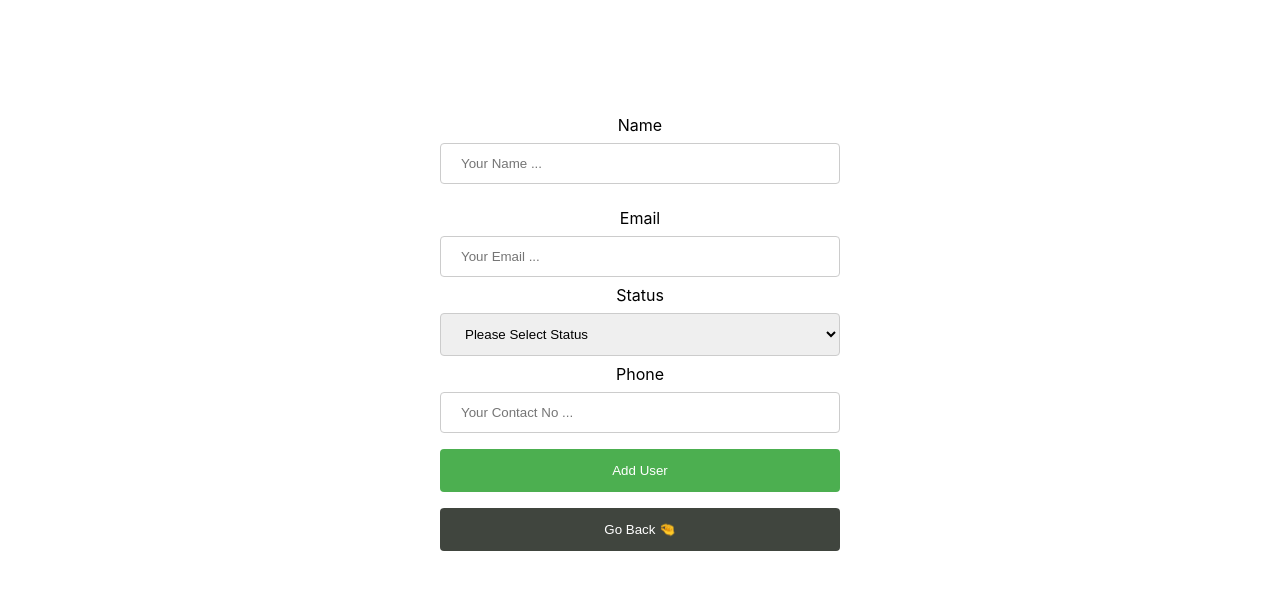
Repository: fdhhhdjd/Redux-Toolkit-CURD-Firebase
Page: /add
These files come from the project's save history. The page is drawn as it stood at one moment and after the next save; the edit follows.
The browser window is 1280 px wide. The pictures show the whole page.
The project was rebuilt for these pictures with package versions that can differ from the ones it lists, and the page was loaded fresh each time. Also part of the build but not shown: src/Styles/Home.css, src/Component/Moments.js, src/Component/Home.js, src/Styles/View.css, src/Component/View.js.

Above is the page before, as saved 2021-10-25 14:03:39.

### src/index.js
import React from "react";
import ReactDOM from "react-dom";
import "./index.css";
import App from "./App";
import store from "./Redux/Store";
import { Provider } from "react-redux";
import * as serviceWorker from "./serviceWorker";
import { ToastContextProvider } from "./ToastContext/ToastContext";

ReactDOM.render(
  <React.StrictMode>
    <Provider store={store}>
      <ToastContextProvider>
        <App />
      </ToastContextProvider>
    </Provider>
  </React.StrictMode>,
  document.getElementById("root")
);

// If you want your app to work offline and load faster, you can change
// unregister() to register() below. Note this comes with some pitfalls.
// Learn more about service workers: https://bit.ly/CRA-PWA
serviceWorker.unregister();

### src/App.js
import React from "react";
import "./App.css";
import { BrowserRouter, Switch, Route } from "react-router-dom";
import { ToastContainer } from "react-toastify";
import "react-toastify/dist/ReactToastify.css";
import { Home, View, AddEdit } from "./import/Index";
function App() {
  return (
    <>
      <BrowserRouter>
        <div className="App">
          <ToastContainer position="top-center" />
          <Switch>
            <Route exact path="/" component={Home} />
            <Route path="/add" component={AddEdit} />
            <Route path="/update/:id" component={AddEdit} />
            <Route path="/view/:id" component={View} />
          </Switch>
        </div>
      </BrowserRouter>
    </>
  );
}

export default App;

### src/Redux/Store.js
import { configureStore, createStore } from "@reduxjs/toolkit";
import logger from "redux-logger";
import thunk from "redux-thunk";
import { composeWithDevTools } from "redux-devtools-extension";
import ContactReducer from "./ContactSlice";
const middleware = [thunk];
if (process.env.NODE_ENV === "development") {
  middleware.push(logger);
}
const store = configureStore({
  reducer: {
    todos: ContactReducer,
    middleware: [logger],
  },
});

export default store;

### src/ToastContext/ToastContext.js
import React, { useState, createContext, useEffect, useRef } from "react";
export const ToastContext = createContext();
export const ToastContextProvider = ({ children }) => {
  const [list, setList] = useState([]);
  let toastProperties = null;
  const showToast = (type) => {
    switch (type) {
      case "success":
        toastProperties = {
          id: list.length + 1,
          title: "Success",
          icon: "fas fa-check-circle",
          description: "Add user Success 😊",
          backgroundColor: "toast--success",
        };
        break;
      case "danger":
        toastProperties = {
          id: list.length + 1,
          title: "Danger",
          description: "Thất bại",
          backgroundColor: "toast--error",
          button: "btn btn--danger",
          json: "fas fa-exclamation-triangle",
        };
        break;
      case "info":
        toastProperties = {
          id: list.length + 1,
          title: "Info",
          description: "Khá thành công",
          backgroundColor: "toast--info",
          json: "fas fa-info",
        };
        break;
      case "warning":
        toastProperties = {
          id: list.length + 1,
          title: "Warning",
          description: "Gần thất bại",
          backgroundColor: "toast--warning",
          json: "fas fa-radiation-alt",
        };
        break;
      default:
        toastProperties = [];
    }
    setList([...list, toastProperties]);
  };
  const data = { list, setList, showToast };

  return <ToastContext.Provider value={data}>{children}</ToastContext.Provider>;
};

### src/import/Index.js
export { default as Home } from "../Component/Home";
export { default as AddEdit } from "../Component/AddEdit";
export { default as View } from "../Component/View";

### src/Redux/ContactSlice.js
import { createSlice, createAsyncThunk } from "@reduxjs/toolkit";
import { v4 as uuidv4 } from "uuid";
import { nanoid } from "nanoid";
const initialState = {
  contacts: [
    {
      id: 1,
      name: "Nguyễn Tiến Tài",
      email: "nguyentientai10@gmai.com",
      phone: "0798805741",
      status: "Active",
    },
    {
      id: 2,
      name: "Nguyễn Hữu Quyền",
      email: "huuquyen2000@gmail.com",
      phone: "09658235656",
      status: "Inactive",
    },
    {
      id: 3,
      name: "Nguyễn Bảo Khang",
      email: "jbaokhangdesigner@gmail.com",
      phone: "0353263452",
      status: "Active",
    },
    {
      id: 4,
      name: "Bùi Huỳnh Quốc Trung	",
      email: "quoctrung@gmail.com",
      phone: "0348561815",
      status: "Inactive",
    },
    {
      id: 5,
      name: "Trần Phi Hoàng",
      email: "phihoang1@gmail.com",
      phone: "0936095986",
      status: "Active",
    },
  ],
  contact: {
    name: "",
    email: "",
    phone: "",
    status: "",
  },
  filter: "All",
};
const TodoSlice = createSlice({
  name: "todos",
  initialState,
  reducers: {
    getContact: (state, action) => {
      state.contact = state.contacts.find((item) => item.id == action.payload);
    },
    addContact: (state, action) => {
      const newData = { ...action.payload, id: uuidv4() };
      state.contacts = [...state.contacts, newData];
    },
    deleteContact: (state, action) => {
      state.contacts = state.contacts.filter(
        (item) => item.id !== action.payload
      );
    },
    updateContact: (state, action) => {
      state.contacts = state.contacts.map((item) =>
        item.id === action.payload.id ? action.payload : item
      );
    },
    setFilter: (state, action) => {
      state.filter = action.payload;
    },
  },
});
const ContactReducer = TodoSlice.reducer;
export const {
  addContact,
  deleteContact,
  getContact,
  updateContact,
  setFilter,
} = TodoSlice.actions;
export const GetTodo = (state) => state.todos;
export default ContactReducer;

### src/Component/AddEdit.js
import React, { useEffect, useState } from "react";
import {
  addContact,
  getContact,
  GetTodo,
  updateContact,
} from "../Redux/ContactSlice";
import "../Styles/AddEdit.css";
import { toast } from "react-toastify";
import { useDispatch, useSelector } from "react-redux";
import { Link, useHistory, useParams } from "react-router-dom";
import { useForm, Controller } from "react-hook-form";
const initialState = {
  name: "",
  email: "",
  phone: "",
  status: "",
};
const AddEdit = () => {
  const [state, setState] = useState(initialState);
  const dispatch = useDispatch();
  const history = useHistory();
  const { id } = useParams();
  const { name, email, phone, status } = state;
  const { contact } = useSelector(GetTodo);
  const {
    register,
    formState: { errors },
    handleSubmit,
    watch,
  } = useForm({
    mode: "all",
  });
  const handleSubmit1 = (e, data) => {
    if (!id) {
      dispatch(addContact(state), toast.success("Add user Success 😊"));
    } else {
      dispatch(updateContact(state), toast.success("Edit user Success 👌 "));
    }
    setTimeout(() => {
      history.push("/");
    }, 500);
    // }
  };
  const handleInputChange = (e) => {
    let { name, value } = e.target;
    setState({ ...state, [name]: value });
  };
  const handleDropdownChange = (e) => {
    const { name, value } = e.target;
    setState({ ...state, [name]: value });
  };
  useEffect(() => {
    dispatch(getContact(id));
    setState({ ...contact });
  }, [id, contact]);
  return (
    <>
      <div style={{ marginTop: "100px" }}>
        <form
          style={{
            margin: "auto",
            padding: "15px",
            maxWidth: "400px",
            alignContent: "center",
          }}
          onSubmit={handleSubmit(handleSubmit1)}
        >
          <label htmlFor="name">Name</label>
          <input
            type="text"
            id="name"
            placeholder="Your Name ..."
            value={name || ""}
            {...register("name", { required: true, maxLength: 20 })}
            name="name"
            onChange={handleInputChange}
          />
          <p style={{ color: "red" }}>
            {errors.name?.type === "required" && "First name is required"}
            {errors?.name?.type === "maxLength" && (
              <p>First name cannot exceed 20 characters</p>
            )}
          </p>
          <label htmlFor="email">Email</label>
          <input
            type="email"
            id="email"
            name="email"
            placeholder="Your Email ..."
            value={email || ""}
            onChange={handleInputChange}
          />
          <label htmlFor="status">Status</label>
          <select
            className="dropdown"
            name="status"
            onChange={handleDropdownChange}
          >
            <option>Please Select Status</option>
            <option value="Active" selected={status === "Active" ? status : ""}>
              Active
            </option>
            <option
              value="Inactive"
              selected={status === "Inactive" ? status : ""}
            >
              Inactive
            </option>
          </select>
          <label htmlFor="phone">Phone</label>
          <input
            type="text"
            id="phone"
            name="phone"
            placeholder="Your Contact No ..."
            value={phone || ""}
            onChange={handleInputChange}
          />
          {id ? (
            <input type="submit" value="Edit User" />
          ) : (
            <input type="submit" value="Add User" />
          )}
          <Link to="/">
            <input type="button" value="Go Back 🤏" />
          </Link>
        </form>
      </div>
    </>
  );
};

export default AddEdit;

### src/Styles/AddEdit.css
input[type="text"],
input[type="email"],
input[type="number"],
select {
  width: 100%;
  padding: 12px 20px;
  margin: 8px 0;
  display: inline-block;
  border: 1px solid #ccc;
  border-radius: 4px;
  box-sizing: border-box;
}

input[type="submit"] {
  width: 100%;
  background-color: #4caf50;
  color: white;
  padding: 14px 20px;
  margin: 8px 0;
  border: none;
  border-radius: 4px;
  cursor: pointer;
}

input[type="button"] {
  width: 100%;
  background-color: #40453e;
  color: white;
  padding: 14px 20px;
  margin: 8px 0;
  border: none;
  border-radius: 4px;
  cursor: pointer;
}

input[type="submit"]:hover {
  background-color: #45a049;
}

.dropdown {
  width: 100%;
}

Loaded but not shown: public/index.html (common file); src/index.css (common file); src/serviceWorker.js (common file); src/App.css (common file)

After the next save:
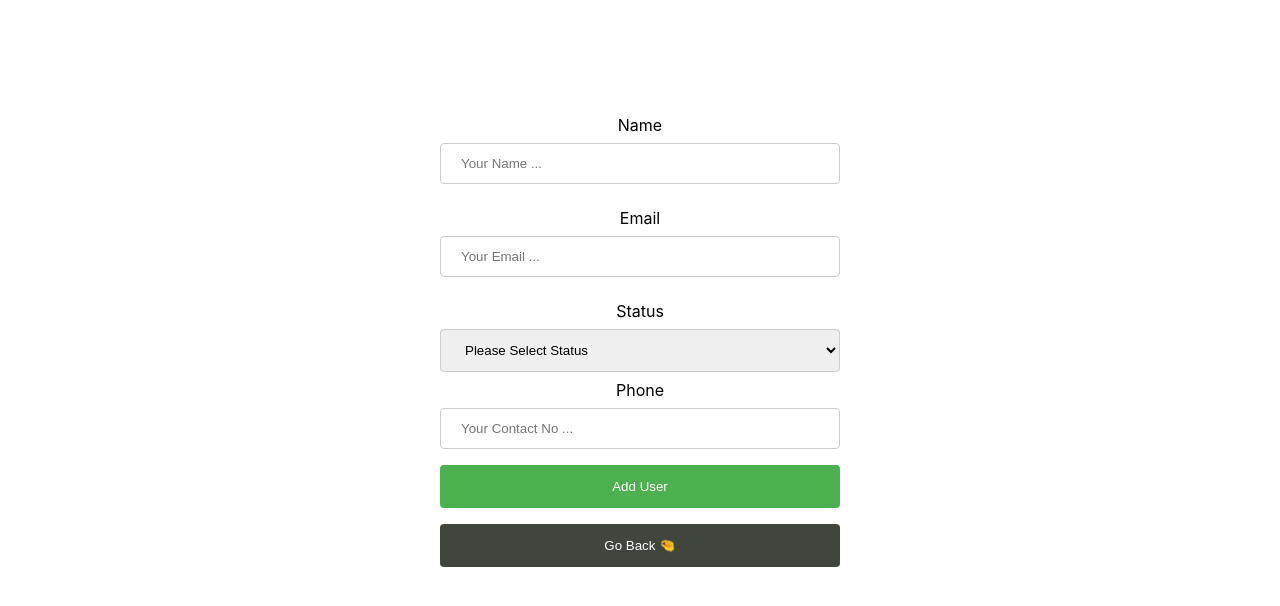
Saved 2 min 10 s later.
--- a/src/Component/AddEdit.js
+++ b/src/Component/AddEdit.js
@@ -88,9 +88,18 @@ const AddEdit = () => {
             id="email"
             name="email"
             placeholder="Your Email ..."
+            {...register("email", {
+              required: true,
+              pattern: /^\S+@\S+$/i,
+            })}
             value={email || ""}
             onChange={handleInputChange}
           />
+          <p style={{ color: "red" }}>
+            {errors.email?.type === "required" && "Email account mismatch "}
+            {errors?.email?.type === "pattern" && "Email Invalid"}
+          </p>
+
           <label htmlFor="status">Status</label>
           <select
             className="dropdown"
